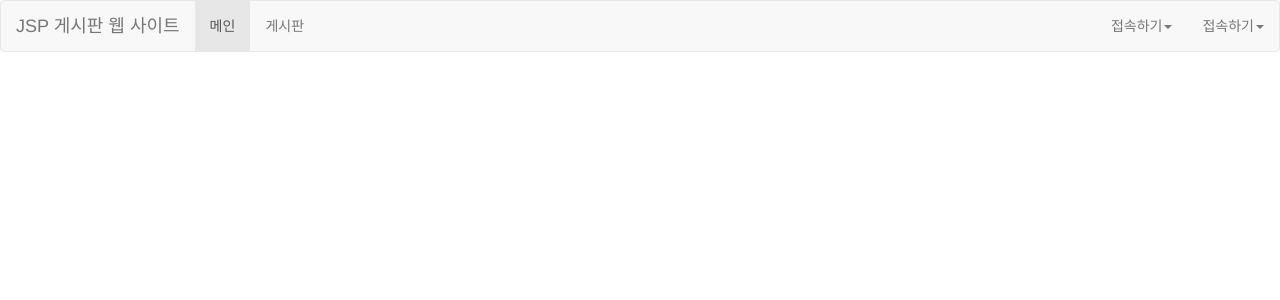
Repository: Jeongyounghyeon/JSP_board
Page: http://localhost/BBS/bbs.jsp
An editor plug-in stored every save of this project. The page is shown before and after the next save, followed by the edit.
The browser window is 1280 px wide. The pictures show the whole page.
Some web libraries are served in a nearby version. The page is served by Tomcat 9.

Above is the page before, as saved 2022-04-06 05:10:29.

After the next save:
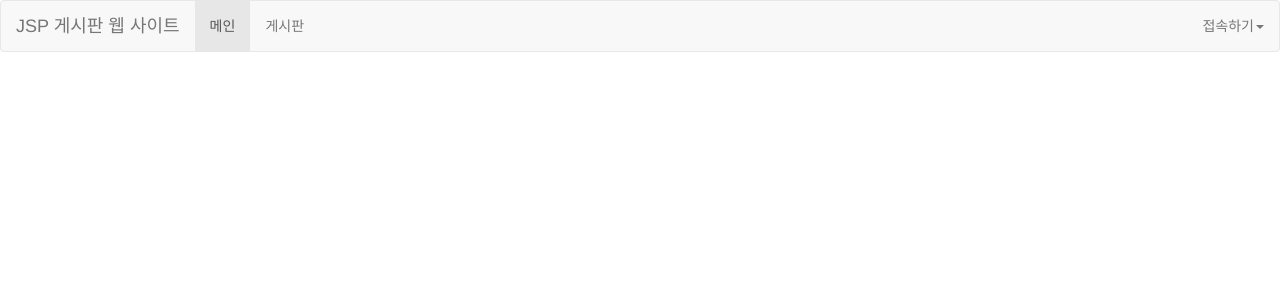
Saved 64 s later.
--- a/projects/BBS/src/main/webapp/bbs.jsp
+++ b/projects/BBS/src/main/webapp/bbs.jsp
@@ -62,17 +62,6 @@
 			<%
 				}
 			%>
-			<ul class = "nav navbar-nav navbar-right">
-				<li class = "dropdown">
-					<a href = "#" class = "dropdown-toggle"
-						data-toggle = "dropdown" role = "button" aria-haspopup = "true"
-						aria-expanded = "false">접속하기<span class = "caret"></span></a>
-					<ul class = "dropdown-menu">
-						<li><a href = "login.jsp">로그인</a></li>
-						<li><a href = "join.jsp">회원가입</a></li>
-					</ul>
-				</li>
-			</ul>
 		</div>
 	</nav>
 	<script src = "https://code.jquery.com/jquery-3.1.1.min.js"></script>
